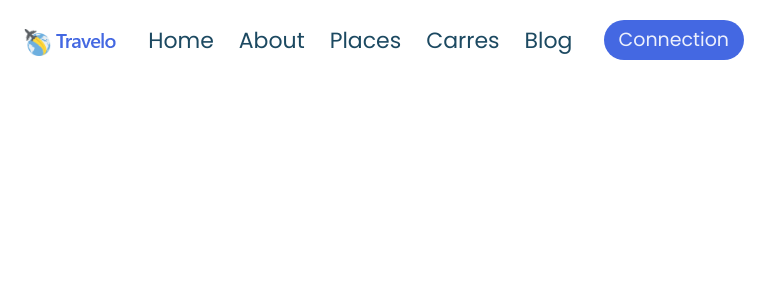
Repository: kuluong2000/travel
Page: index.html
The author's editor kept a copy of each file at every save. The page is drawn from the files as they stood at one save, then again after the next save.
The browser window is 768 px wide. The pictures show the whole page.
The style sheet was rebuilt from its Sass, Less or Tailwind sources for each picture, by a compiler version that may differ from the author's.

Above is the page before, as saved 2021-09-03 22:00:06.

### index.html
<!DOCTYPE html>
<html lang="en">
  <head>
    <meta charset="UTF-8" />
    <meta http-equiv="X-UA-Compatible" content="IE=edge" />
    <meta name="viewport" content="width=device-width, initial-scale=1.0" />
    <link rel="stylesheet" href="./libs/css/bootstrap.min.css" />
    <link rel="stylesheet" href="./libs/css/animate.css" />
    <link rel="stylesheet" href="./libs/css/slick-theme.css" />
    <link rel="stylesheet" href="./libs/css/slick.css" />
    <link rel="stylesheet" href="./assets/css/reset.css" />
    <link rel="stylesheet" href="./assets/css/style.css" />
    <link rel="stylesheet" href="./assets/css/responsive.css" />
    <title>Document</title>
  </head>
  <body>
    <header class="header">
      <div class="container">
        <div class="row">
          <div class="header__main">
            <div class="header__logo">
              <a href="/">
                <img src="./assets/image/logo.png" alt="" srcset="" />
              </a>
            </div>
            <nav>
              <ul class="header__menu">
                <li class="header__menu__item">
                  <a class="header__mennu__item__link" href="/">Home</a>
                </li>
                <li class="header__menu__item">
                  <a class="header__mennu__item__link" href="/">About</a>
                </li>
                <li class="header__menu__item">
                  <a class="header__mennu__item__link" href="/">Places</a>
                </li>
                <li class="header__menu__item">
                  <a class="header__mennu__item__link" href="/">Carres</a>
                </li>
                <li class="header__menu__item">
                  <a class="header__mennu__item__link" href="/">Blog</a>
                </li>
              </ul>
            </nav>
            <a href="#" class="header__conn"> Connection </a>
          </div>
        </div>
      </div>
    </header>

    <script src="./libs/Js/jquery-3.5.1.slim.min.js"></script>
    <script src="./libs/Js/bootstrap.min.js"></script>
    <script src="./libs/Js/slick.min.js"></script>
    <script src="./libs/Js/wow.js"></script>
  </body>
</html>

### assets/css/reset.css
html, body, div, span, applet, object, iframe,
h1, h2, h3, h4, h5, h6, p, blockquote, pre,
a, abbr, acronym, address, big, cite, code,
del, dfn, em, img, ins, kbd, q, s, samp,
small, strike, strong, sub, sup, tt, var,
b, u, i, center,
dl, dt, dd, ol, ul, li,
fieldset, form, label, legend,
table, caption, tbody, tfoot, thead, tr, th, td,
article, aside, canvas, details, embed,
figure, figcaption, footer, header, hgroup,
menu, nav, output, ruby, section, summary,
time, mark, audio, video {
	margin: 0;
	padding: 0;
	border: 0;
	font-size: 100%;
	vertical-align: baseline;
}
/* HTML5 display-role reset for older browsers */
article, aside, details, figcaption, figure,
footer, header, hgroup, menu, nav, section {
	display: block;
}
* {
	box-sizing: border-box;
}
body {
	line-height: 1;
  font-family: 'Muli', sans-serif;


  font-style: normal;
  font-weight: normal;
  font-size: 16px;
  line-height: 32px;
}
ol, ul {
	list-style: none;
}
blockquote, q {
	quotes: none;
}
blockquote:before, blockquote:after,
q:before, q:after {
	content: '';
	content: none;
}
table {
	border-collapse: collapse;
	border-spacing: 0;
}

img {
  max-width: 100%;
	vertical-align: bottom;
}
a {
	outline: none;
}

### assets/css/responsive.css

@media (min-width:1920px){
    .container{
        max-width: 1804px;
    }
}
@media (min-width:1400px) and (max-width:1919px){

}
@media (min-width:1200px) and (max-width:1399px){

}
@media (min-width:992px) and (max-width:1199px){
    .header__menu__item:not(:first-child) {
        margin-left: 65px;
    }
}
@media (min-width:768px) and (max-width:991px){
    .header__menu__item:not(:first-child) {
        margin-left: 25px;
    }
}
@media  (max-width:767px){

}

### assets/sass/style.scss
@import "global";
@import "variable";
@import "header";

### assets/sass/_global.scss
@import url('https://fonts.googleapis.com/css2?family=Montserrat:wght@300;400;500;600;700;800;900&family=Poppins:wght@300;400;500;600;700;800;900&display=swap');
*{
    padding: 0;
    margin: 0;
    box-sizing: border-box;
}
body{
    font-family: 'Poppins', sans-serif;
    line-height: 1.6;
    font-size: 20px;

}

### assets/sass/_variable.scss
$color-white:#FFFFFF;
$color-dark-blue:#1C4961;
$color-blue:#4468E2;
$color-light-blue:#E1E8F8;
$color-black:#000000;
$color-text:#163235;
$color-gray:#848484

### assets/sass/_header.scss
.header{
    &__main{
        display:flex;
        justify-content: space-between;
        align-items: center;
        padding:20px 0

    }
    &__logo{
        display: inline-block;

    }
    &__menu{
        display:flex;
        justify-content: space-between;
        align-items: center;

    }
    &__menu__item:not(:first-child){
        margin-left: 82px;
    }
    &__mennu__item__link{
        text-decoration: none;
        color: $color-dark-blue;
        font-size: 22px;
        position: relative;
        &::after{
            content: '';
            position: absolute;
            width: 100%;
            height: 2px;
            background-color: $color-blue;
            left: 0;
            bottom: 0;
            transition: 0.5s;
            transform: scale(0);
        }
        &:hover::after{
            transform: scale(1);
        }
    }
    &__conn{
        text-decoration: none;
        background-color: $color-blue;
        color:rgba($color-white, $alpha: 0.9) ;
        font-size: 19px;
        border-radius: 25px;
        padding:5px 15px;
        transition: 0.5s;

        &:hover{
             color:rgba($color-white, $alpha: 1) ;
            background-color: $color-dark-blue;
        }
    }


}

Loaded but not shown: libs/css/bootstrap.min.css (library); libs/css/animate.css (library); libs/css/slick-theme.css (library); libs/css/slick.css (common file); libs/Js/jquery-3.5.1.slim.min.js (library); libs/Js/bootstrap.min.js (library); libs/Js/slick.min.js (library); libs/Js/wow.js (library)

After the next save:
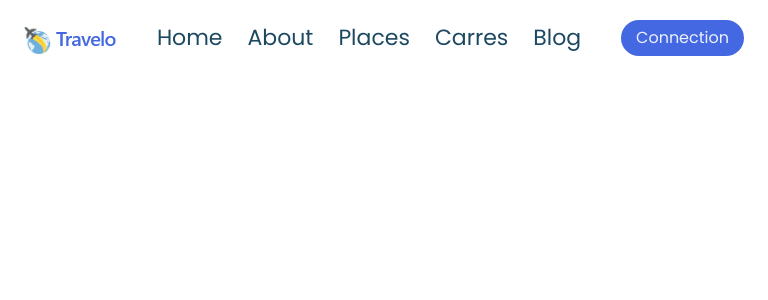
Saved 32 s later.
--- a/assets/css/responsive.css
+++ b/assets/css/responsive.css
@@ -19,6 +19,10 @@
     .header__menu__item:not(:first-child) {
         margin-left: 25px;
     }
+    .header__conn {
+
+        font-size: 16px
+    }
 }
 @media  (max-width:767px){
 

After the save that followed:
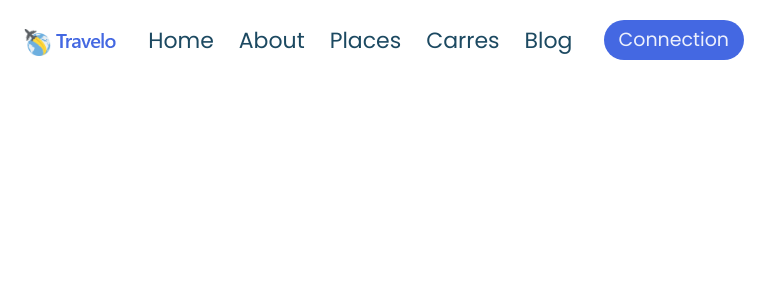
Saved 20 s later.
--- a/assets/css/responsive.css
+++ b/assets/css/responsive.css
@@ -22,6 +22,7 @@
     .header__conn {
 
         font-size: 16px
+        padding:3px 10px;
     }
 }
 @media  (max-width:767px){
